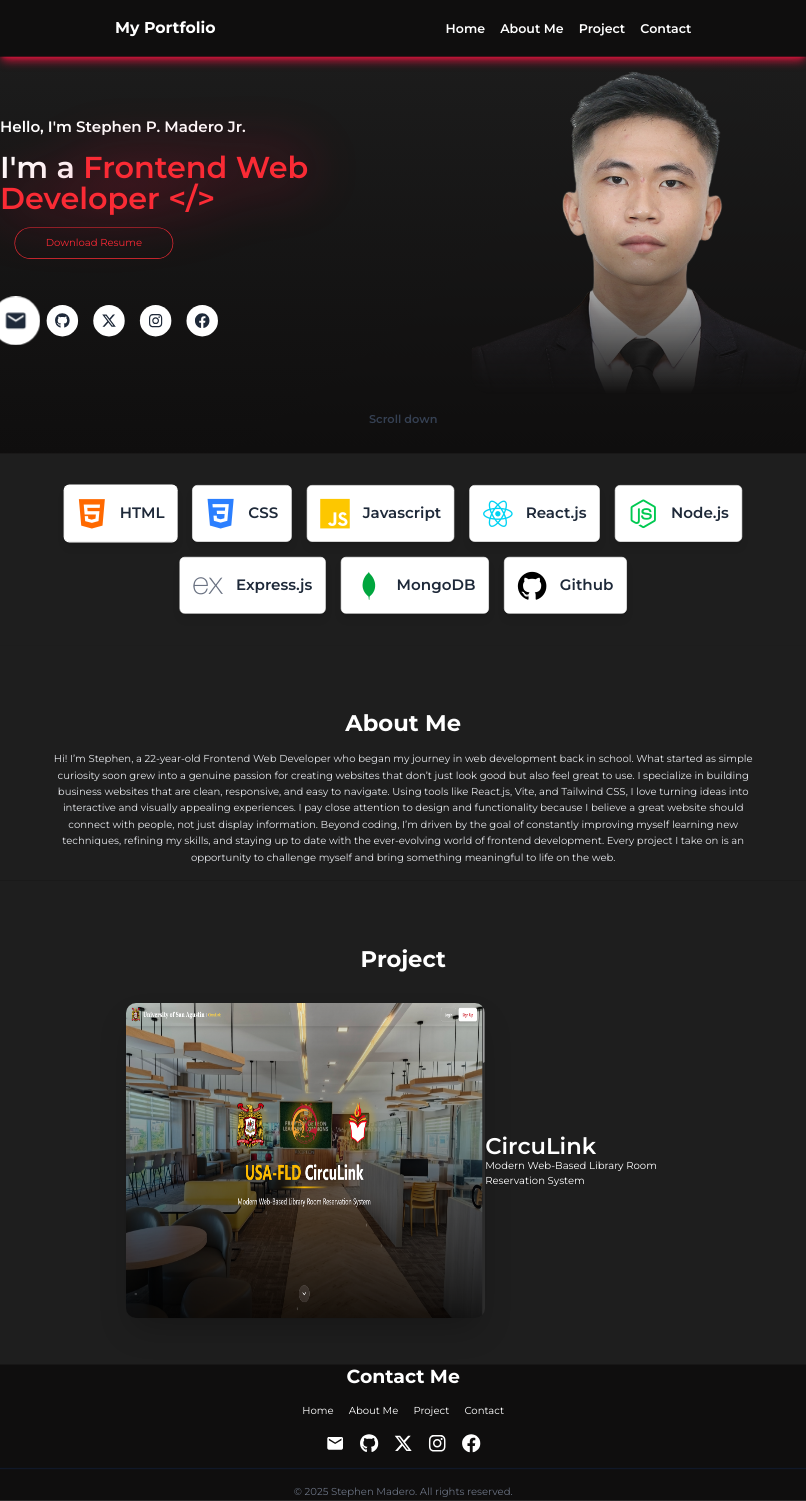
Repository: KaguyaKawaii/portfolio
Page: / (app in frontend/)
An editor plug-in stored every save of this project. The page is shown before and after the next save, followed by the edit.
The browser window is 1280 px wide. The pictures show the whole page, at 63% of full size.
Some web libraries are served in a nearby version. The project was rebuilt for these pictures with package versions that can differ from the ones it lists, and the page was loaded fresh each time. Also part of the build but not shown: frontend/vite.config.js.

Above is the page before, as saved 2025-10-29 00:14:10.

After the next save:
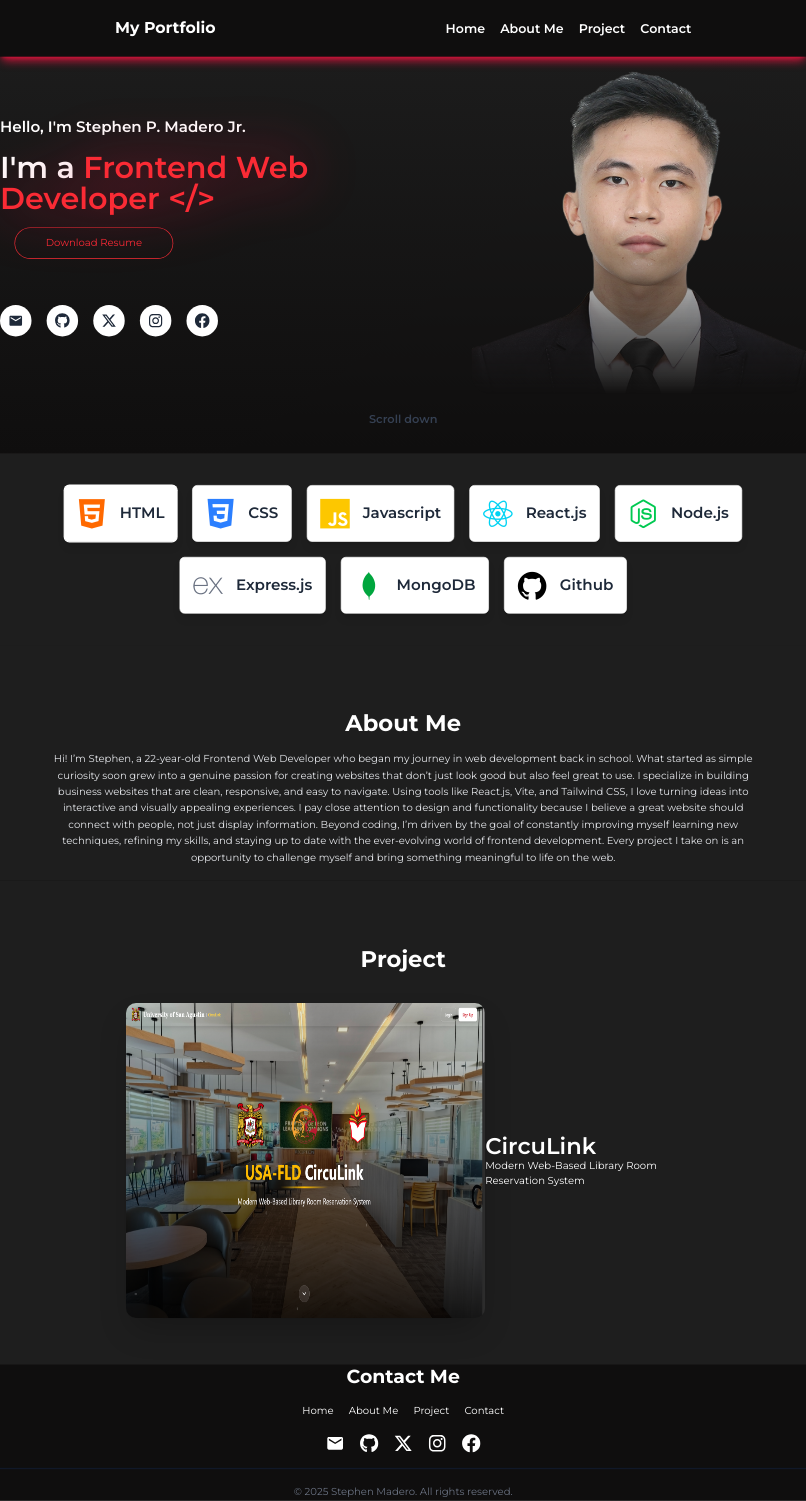
Saved 8 s later.
--- a/frontend/src/App.jsx
+++ b/frontend/src/App.jsx
@@ -80,7 +80,7 @@
                 {/* Email */}
               <a
                 href=""
-                className="text-gray-800 hover:text-red-600 transition bg-white rounded-full p-2  w-[50px] h-[50px] text-2xl flex justify-center items-center scale-155"
+                className="text-gray-800 hover:text-red-600 transition bg-white rounded-full p-2  w-[50px] h-[50px] text-2xl flex justify-center items-center hover:scale-155"
               >
                 <MdEmail />
               </a>
